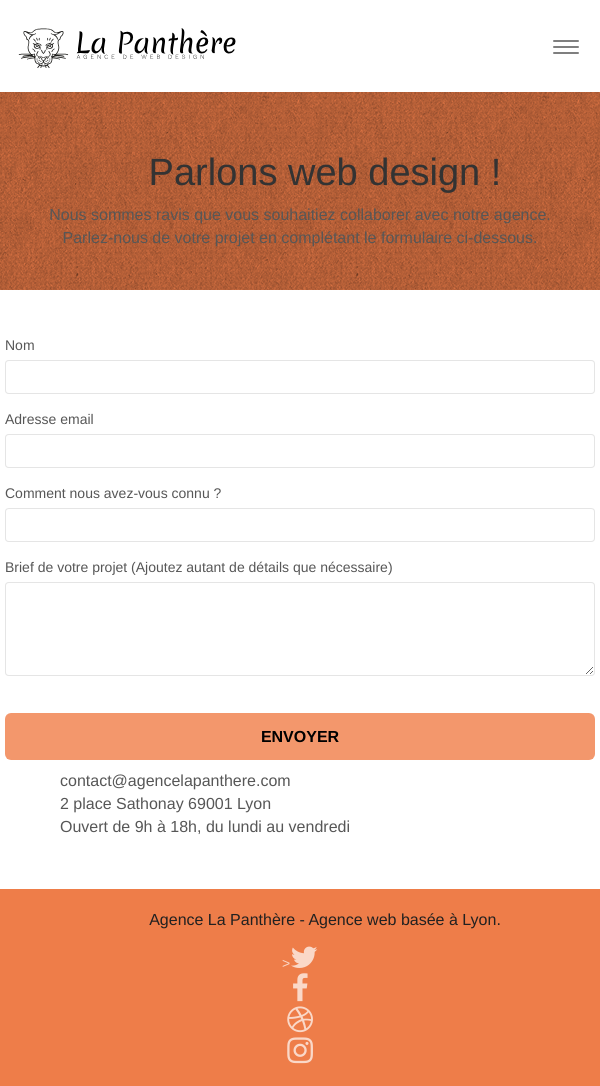
Repository: EtudianteHU/Uyarci_Hilal_4_code_012023
Page: page2.html
The author's editor kept a copy of each file at every save. The page is drawn from the files as they stood at one save, then again after the next save.
The browser window is 600 px wide. The pictures show the whole page.

Above is the page before, as saved 2023-03-01 14:22:21.

After the next save:
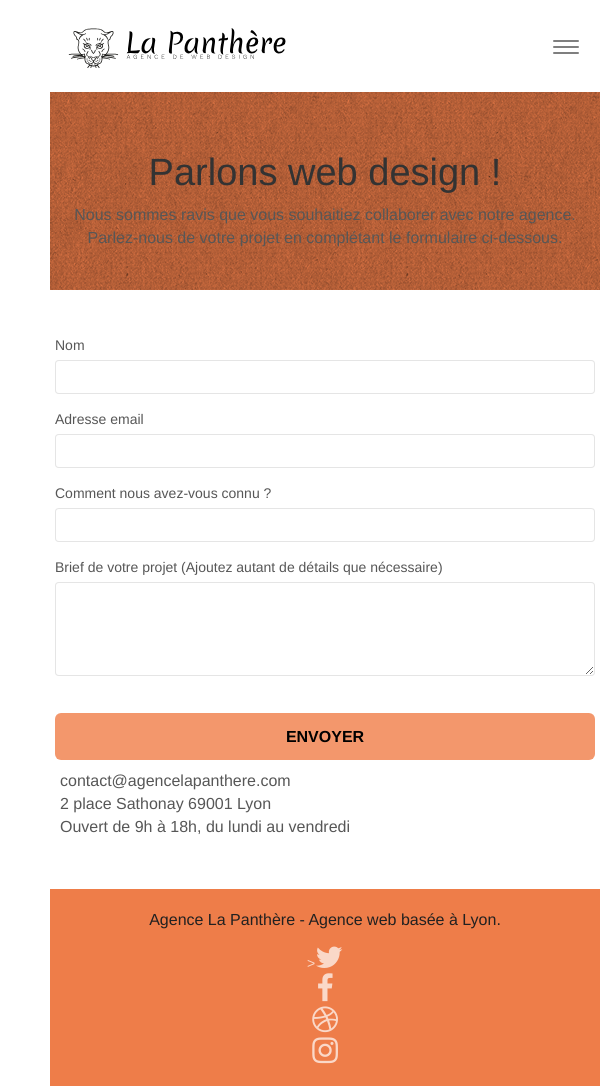
Saved 27 s later.
--- a/style.css
+++ b/style.css
@@ -903,6 +903,7 @@ h4 {
     .page-container {
         overflow-x: hidden;
         position: relative;
+        margin-left: 50px;
     }
     h1,
     h2,
@@ -914,7 +915,7 @@ h4 {
     #disqus_thread {
         padding-left: 10px !important;
         padding-right: 10px !important;
-        margin-left: 50px;
+
     }
     .b-parallax {
         background-attachment: scroll;
